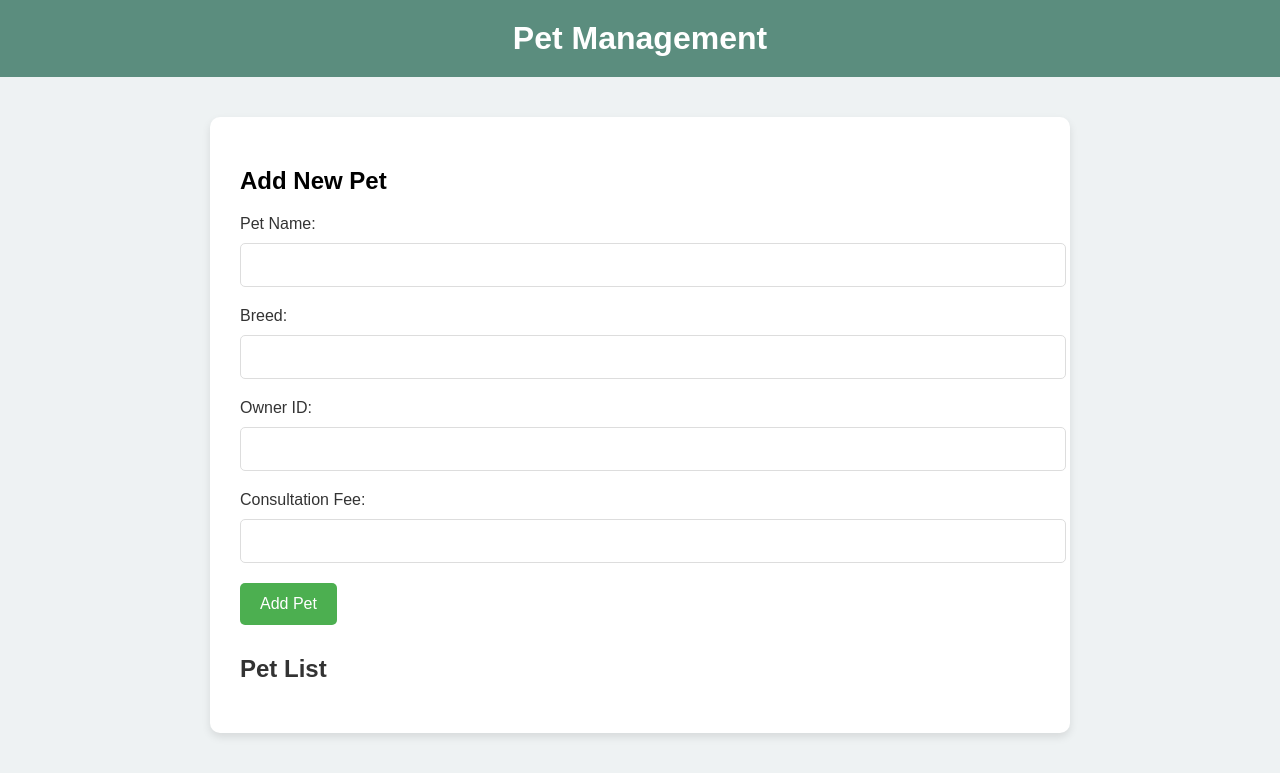
Repository: abirami1105/repoA
Page: PetClinicApplication/src/main/resources/static/pet.html
An editor plug-in stored every save of this project. The page is shown before and after the next save, followed by the edit.
The browser window is 1280 px wide. The pictures show the whole page.
The page's requests for data from a server got no answer.

Above is the page before, as saved 2025-01-02 18:50:59.

After the next save:
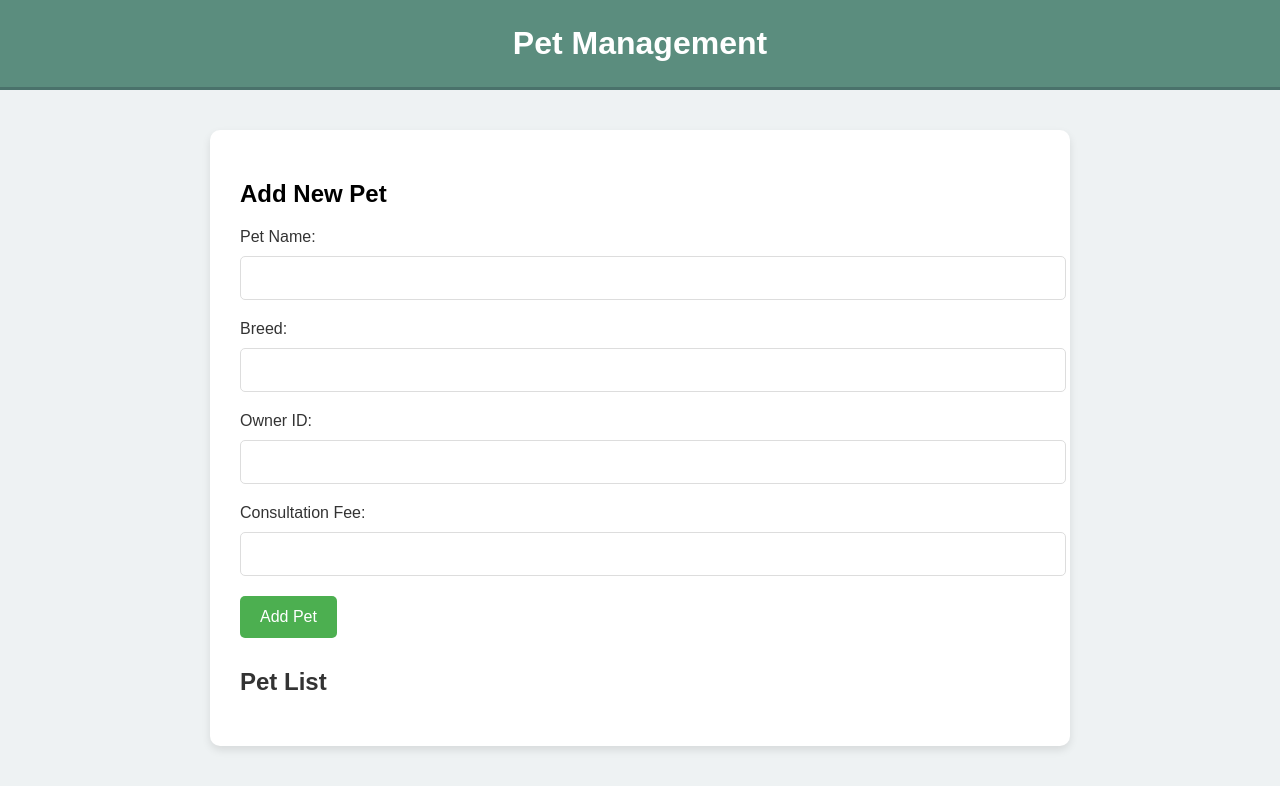
Saved 29 s later.
--- a/PetClinicApplication/src/main/resources/static/pet.html
+++ b/PetClinicApplication/src/main/resources/static/pet.html
@@ -15,8 +15,9 @@
         header {
             background-color: #5b8d7e;
             color: white;
-            padding: 20px;
+            padding: 25px 0;
             text-align: center;
+            border-bottom: 3px solid #4a726b;
         }
 
         header h1 {
